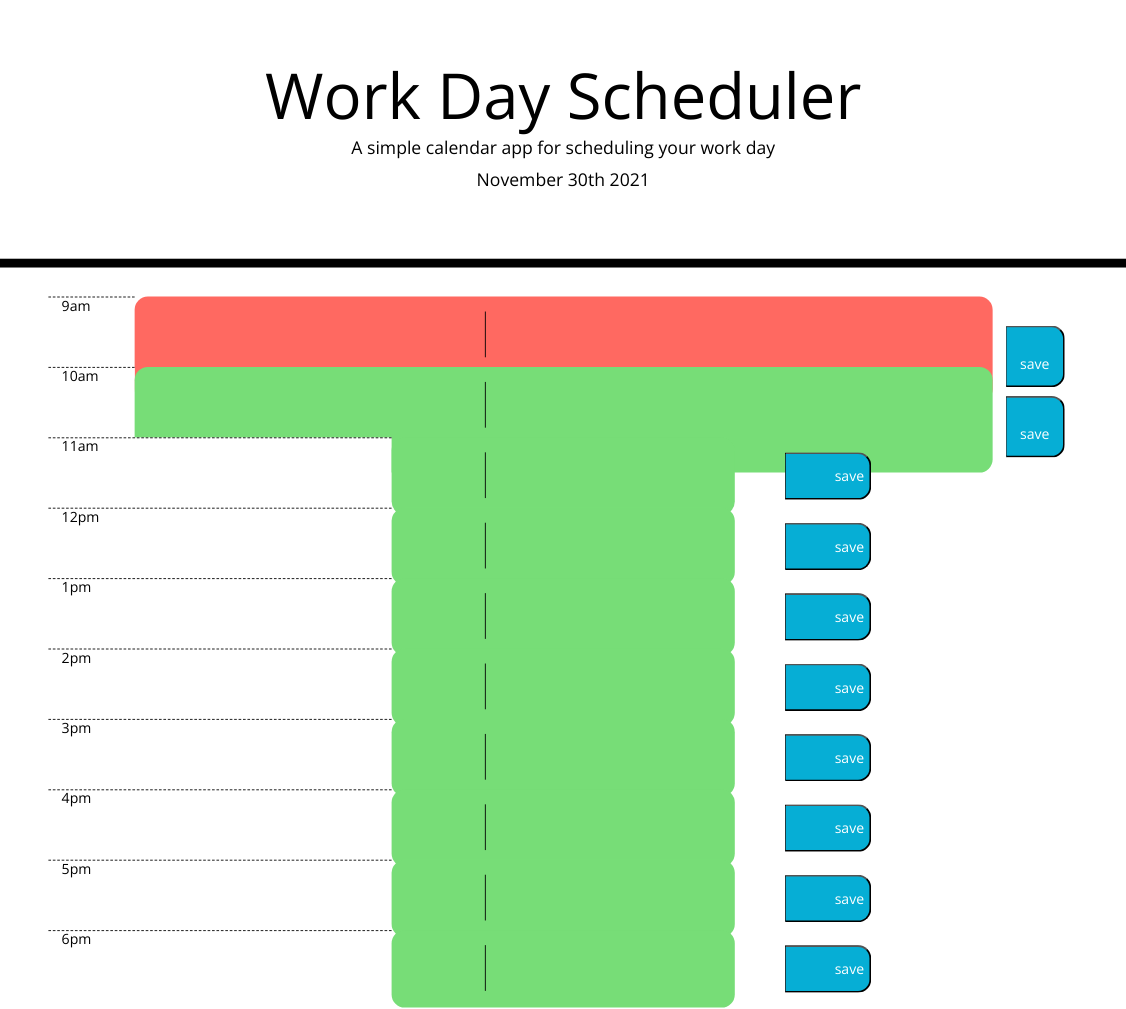
Repository: Naomilounsbury/work-day-scheduler
Page: index.html
These files come from the project's save history. The page is drawn as it stood at one moment and after the next save; the edit follows.
The browser window is 1280 px wide. The pictures show the whole page, at 88% of full size.
Some web libraries are served in a nearby version.

Above is the page before, as saved 2021-12-04 13:45:21.

### index.html
<!DOCTYPE html>
<html lang="en">

<head>
  <meta charset="UTF-8" />
  <meta name="viewport" content="width=device-width, initial-scale=1.0" />
  <meta http-equiv="X-UA-Compatible" content="ie=edge" />
  <link rel="stylesheet" href="https://stackpath.bootstrapcdn.com/bootstrap/4.3.1/css/bootstrap.min.css" />
  <link rel="stylesheet" href="https://use.fontawesome.com/releases/v5.8.1/css/all.css"
    integrity="sha384-50oBUHEmvpQ+1lW4y57PTFmhCaXp0ML5d60M1M7uH2+nqUivzIebhndOJK28anvf" crossorigin="anonymous" />
  <link href="https://fonts.googleapis.com/css?family=Open+Sans&display=swap" rel="stylesheet" />
  <link rel="stylesheet" href="./assets/css/style.css" />
  <title>Work Day Scheduler</title>
</head>

<body>
  <header class="jumbotron">
    <h1 class="display-3">Work Day Scheduler</h1>
    <p class="lead">A simple calendar app for scheduling your work day</p>
    <p id="currentDay" class="lead"></p>
  </header>
  <div class>
    <!-- Timeblocks go here -->
    <table class="container">
      <tr class="row">
        <td class="hour col-lg-1">9am</td>
        <td class="time-block col-lg-10" id="9">          <!-- all of my textareas are called btn which is ironic because they arent btns -->
          <textarea id="btn9">
          </textarea>
        </td>
        <td class="col-lg-1">
          <button class="saveBtn" value="9">
            save
          </button>
        </td>
      </tr>
      <tr class="row">
        <td class="hour col-lg-1">10am</td>
        <td class="time-block col-lg-10" id="10">
          <textarea id="btn10">
            </textarea>
        </td>
        <td class="col-lg-1">
          <button class="saveBtn" value="10">
            save
          </button>
        </td>
      </tr>
      <tr class="row">
        <td class="hour col">11am</td>
        <td class="time-block col" id="11">
          <textarea id="btn11">
            </textarea>
        </td>
        <td class="col">
          <button class="saveBtn" value="11">
            save
          </button>
        </td>
      </tr>
      <tr class="row">
        <td class="hour col">12pm</td>
        <td class="time-block col" id="12">
          <textarea id="btn12">
            </textarea>
        </td>
        <td class="col">
          <button class="saveBtn" value="12">
            save
          </button>
        </td>
      </tr>
      <tr class="row">
        <td class="hour col">1pm</td>
        <td class="time-block col" id="13">
          <textarea id="btn13">
            </textarea>
        </td>
        <td class="col">
          <button class="saveBtn" value="13">
            save
          </button>
        </td>
      </tr>
      <tr class="row">
        <td class="hour col">2pm</td>
        <td class="time-block col" id="14">
          <textarea id="btn14">
            </textarea>
        </td>
        <td class="col">
          <button class="saveBtn" value="14">
            save
          </button>
        </td>
      </tr>
      <tr class="row">
        <td class="hour col">3pm</td>
        <td class="time-block col" id="15">
          <textarea id="btn15">
          </textarea>
        </td>
        <td class="col">
          <button class="saveBtn" value="15">
            save
          </button>
        </td>
      </tr>
      <tr class="row">
        <td class="hour col">4pm</td>
        <td class="time-block col" id="16">
          <textarea id="btn16">
            </textarea>
        </td>
        <td class="col">
          <button class="saveBtn" value="16">
            save
          </button>
        </td>
      </tr>
      <tr class="row">
        <td class="hour col">5pm</td>
        <td class="time-block col" id="17">
          <textarea id="btn17">
            </textarea>
        </td>
        <td class="col">
          <button class="saveBtn" value="17">
            save
          </button>
        </td>
      </tr>
      <tr class="row">
        <td class="hour col">6pm</td>
        <td class="time-block col" id="18">
          <textarea id="btn18">
            </textarea>
        </td>
        <td class="col">
          <button class="saveBtn" value="18">
            save
          </button>
        </td>
      </tr>
    </table>
  </div>

  <!-- I didnt actually use jquery -->
  <script src="https://code.jquery.com/jquery-3.4.1.min.js"></script>
  <script src="https://cdnjs.cloudflare.com/ajax/libs/moment.js/2.24.0/moment.min.js"></script>
  <script src="assets/js/script.js"></script>
</body>

</html>

### assets/css/style.css
body {
  font-family: 'Open Sans', sans-serif;
  font-size: 16px;
  line-height: 1;
}

textarea{
  background: transparent;
  border: none;
  resize: none;
  color: #000000;
  border-left: 1px solid black;
  padding: 10px;
}

.jumbotron {
  text-align: center;
  background-color: transparent;
  color: black;
  border-radius: 0;
  border-bottom: 10px solid black;
}

.description{
  white-space: pre-wrap;
}

.time-block{
  text-align: center;
  border-radius: 15px;
}

.row {
  white-space: pre-wrap;
  height: 80px;
  border-top: 1px solid white;;
}

.hour {
  background-color: #ffffff;
  color: #000000;
  border-top: 1px dashed #000000;
}

.past {
  background-color: #d3d3d3;
  color: white;
}

.present {
  background-color: #ff6961;
  color: white;
}

.future {
  background-color: #77dd77;
  color: white;
}

.saveBtn {
  border-left: 1px solid black;
  border-top-right-radius: 15px;
  border-bottom-right-radius: 15px;
  background-color: #06AED5;
  color: white;
}

.saveBtn i:hover {
  font-size: 20px;
  transition: all .3s ease-in-out;
}

### assets/js/script.js
//using moment to get the current time
currentTime = moment();
//connected it to the current day spot in the html
currentDayEl = document.querySelector("#currentDay");
var displayDate = currentTime.format('MMMM Do YYYY');
//backticks are a way of adding dynamic things into a string when used with a dollar sign


currentDayEl.innerText = displayDate
//going to get my timeblock element
//weirdly I didnt have a var in front of this elemnet and it still worked
var timeBlockEl = document.querySelectorAll(".time-block");
//made a function called checkTime to check the current time to compare with the time on the scheduler
var checkTime = function (currentEl) {
    //will maybe hit a block because will use 24 hours as ids but if the current time that I chose from moment is 12 hours they wont match up
    var timeBlock = moment().hour(parseInt(currentEl.id))
    console.log(timeBlock)
    //if the block hour id is less than the current time hour we return the class name past
    if (timeBlock.hour() < currentTime.hour()) {
        return "past"
    }
    if (timeBlock.hour() > currentTime.hour()) {
        return "future"
    }
    if (timeBlock.hour() === currentTime.hour()) {
        return "present"
    }

    //if element is in the past return past
    //if element is in the future return future
    //if element is in the present return present
}
for (i = 0; i <= timeBlockEl.length - 1; i++) {
    //timeblock elements already have the class timeblock. If we just replaced the class with future or present
    //it would erase the class, so we want to add to the class
    //check time returns the new class
    //this creates regular time-block class with past future or present added to it. like when it returns past = "time-block past"

    timeBlockEl[i].className = timeBlockEl[i].className + " " + checkTime(timeBlockEl[i])
}
//we need a function to show us whats happening using the word on because it runs on an event

var onSave = function (event) {
    //so I couldn't figure out why it wasn't pulling the value of the textarea
    //so we looked at w3schools and they said add a .value which honestly should have been intuitive
    //we are using backticks here hecause we want to dynamically change the id and if they click on 10, we want the id to reflect number 10
    //inside the ${} is code that will later be evaulated to a string depending on the button clicked
    if (document.querySelector(`#btn${event.target.value}`).value) {
        //originally put event.target.id but then we realized we didn't have a id on the freaken button but
        //what we did have was a value so we did .value
        var timeBlockEvent = document.querySelector(`#btn${event.target.value}`).value
        //i'm doing a .trim because there is a lot of white space in the value
        localStorage.setItem(`${event.target.value}`, timeBlockEvent.trim())
    }

}
//used jquery to save the onclick here instead of for each in the html
$(".saveBtn").click(onSave)
//we are going to create a timeblock array and go through it to check if local storage has anything for that timeblock
//
var eventArray = [9, 10, 11, 12, 13, 14, 15, 16, 17, 18]


//javascript has a special for loop for going through objects
//according to stack overflow, it can be a for in loop or a for of loop
//and object.keys creates an array to use in a for of loop
for (var key of eventArray) {
    //so this for loop will loop through each item in the array and then going
    //into local storage and getting the number/ eventtext, if there is text in local storage that will be what is
    //saved
    //the backticks make it dynamic and the key is grabbing the key from what was saved
    var eventText = localStorage.getItem(`${key}`)
    //here we are getting our eventText because we named our textarea id btn# which at leastwas consistent
    //and so we are using btn${key} to get the btn# to know what to save
    //need hash in front of btn because its an id
    if (eventText) {
        //I freakin hate this. .value is descriptive and easy to use
        //.val means nothing to me
        $(`#btn${key}`).val(eventText)
    }
    // this tries to grab the key events and turns it into a usable array
//if events isn't there then it creates an empty array.
var array = JSON.parse(localStorage.getItem("events")) || []
//onSave
function saveIt(time, description) {
    // grab the target value back in timebloc
    //if(document.querySelector(`#btn${event.target.value}`).value){
    //actually grabs it
    //var timeBlockEvent = document.querySelector(`#btn${event.target.value}`).value
    // naming the object
    var object = {
        hour: time,
        event: description
    }
    for (var i = 0; i < array.length; i++) {
        //createing an element to hold the array
        var el = array[i]
        //the hour element of the array is equal to the hour element of the object
        //then the timeblock event is equal to the element event and updates it
        if (el.hour === object.hour && i < array.length) {
            el.event = timeBlockEvent
        }
        else if (el.hour !== object.hour && i === array.length - 1) {
            array.push(object)

        }
    }
    localStorage.setItem("events", JSON.stringify(array))
}

}

After the next save:
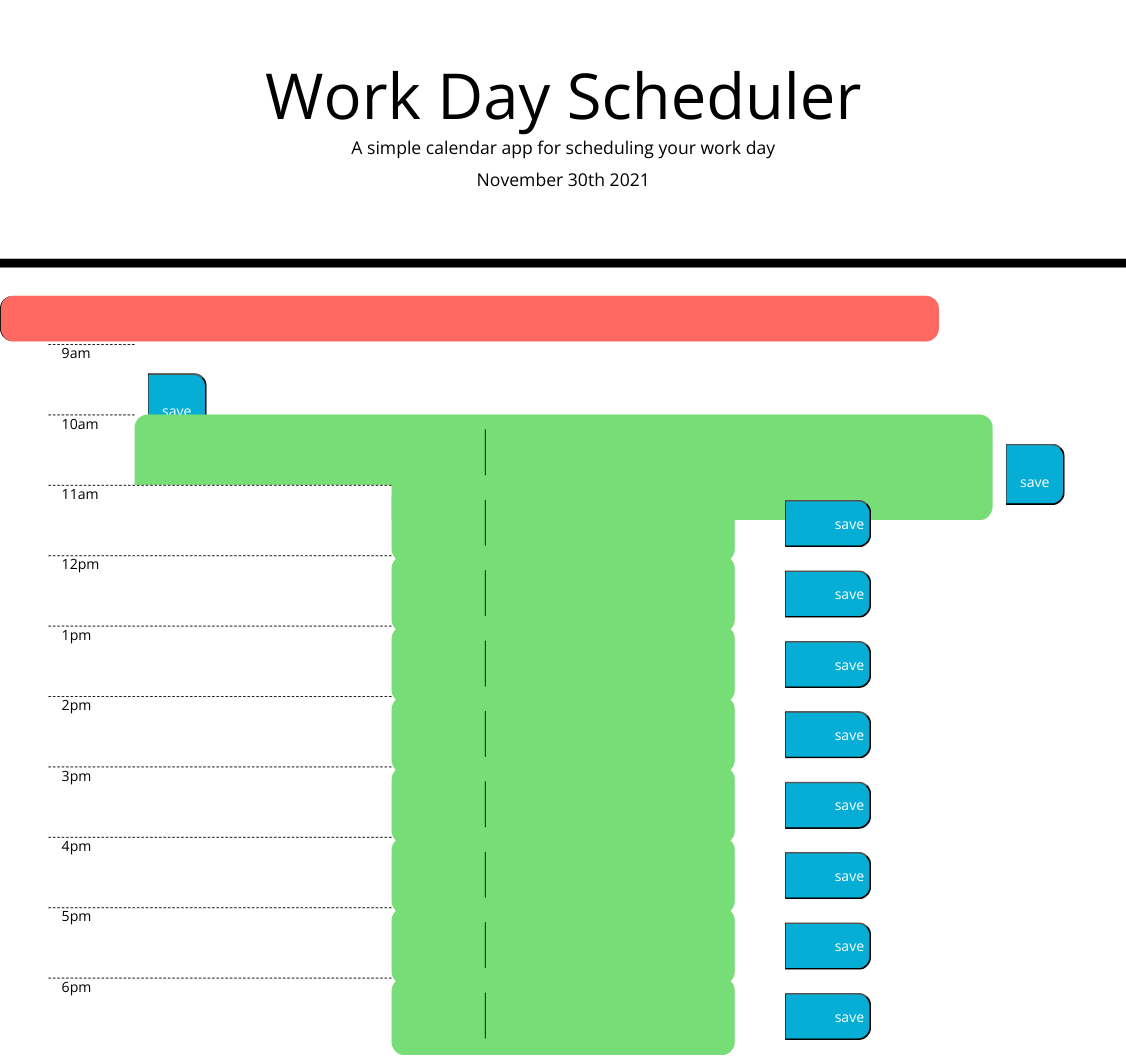
Saved 3 min 58 s later.
--- a/index.html
+++ b/index.html
@@ -24,10 +24,10 @@
     <table class="container">
       <tr class="row">
         <td class="hour col-lg-1">9am</td>
-        <td class="time-block col-lg-10" id="9">          <!-- all of my textareas are called btn which is ironic because they arent btns -->
-          <textarea id="btn9">
+                 <!-- all of my textareas are called btn which is ironic because they arent btns -->
+          <textarea id="btn9"class="time-block col-lg-10">
           </textarea>
-        </td>
+
         <td class="col-lg-1">
           <button class="saveBtn" value="9">
             save
